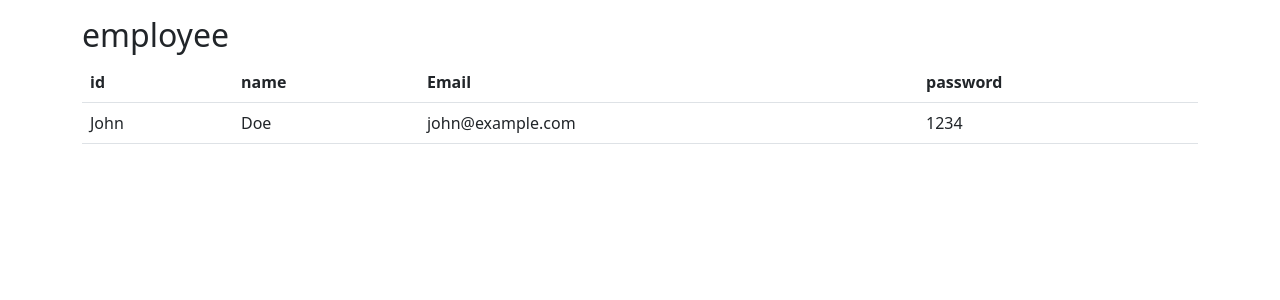
Repository: HoangLinh2001/PHP
Page: http://localhost/list_employee.php
The author's editor kept a copy of each file at every save. The page is drawn from the files as they stood at one save, then again after the next save.
The browser window is 1280 px wide. The pictures show the whole page.
The page is run by PHP 8.4 with error messages shown; the project is at /var/www/html/.

Above is the page before, as saved 2023-06-20 20:33:01.

### DEMOPHPBUOI2/list_employee.php
<!DOCTYPE html>
<html lang="en">
<head>
  <title>Bootstrap Example</title>
  <meta charset="utf-8">
  <meta name="viewport" content="width=device-width, initial-scale=1">
  <link href="https://cdn.jsdelivr.net/npm/bootstrap@5.2.3/dist/css/bootstrap.min.css" rel="stylesheet">
  <script src="https://cdn.jsdelivr.net/npm/bootstrap@5.2.3/dist/js/bootstrap.bundle.min.js"></script>
</head>
<body>

<div class="container mt-3">
  <h2>employee</h2>
  <table class="table">
    <thead>
      <tr>
        <th>id</th>
        <th>name</th>
        <th>Email</th>
        <th>password</th>
      </tr>
    </thead>
    <tbody>
      <tr>
        <td>John</td>
        <td>Doe</td>
        <td>john@example.com</td>
        <td>1234</td>
      </tr>
    </tbody>
  </table>
</div>

</body>
</html>

After the next save:
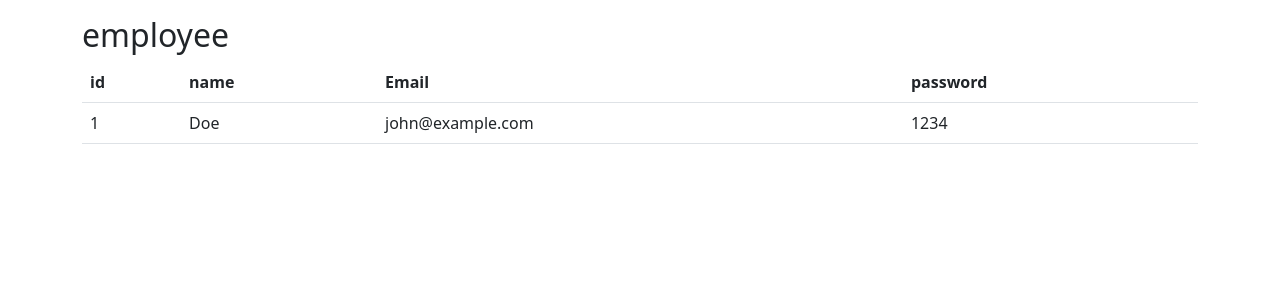
Saved 7 s later.
--- a/DEMOPHPBUOI2/list_employee.php
+++ b/DEMOPHPBUOI2/list_employee.php
@@ -22,7 +22,7 @@
     </thead>
     <tbody>
       <tr>
-        <td>John</td>
+        <td>1</td>
         <td>Doe</td>
         <td>john@example.com</td>
         <td>1234</td>
